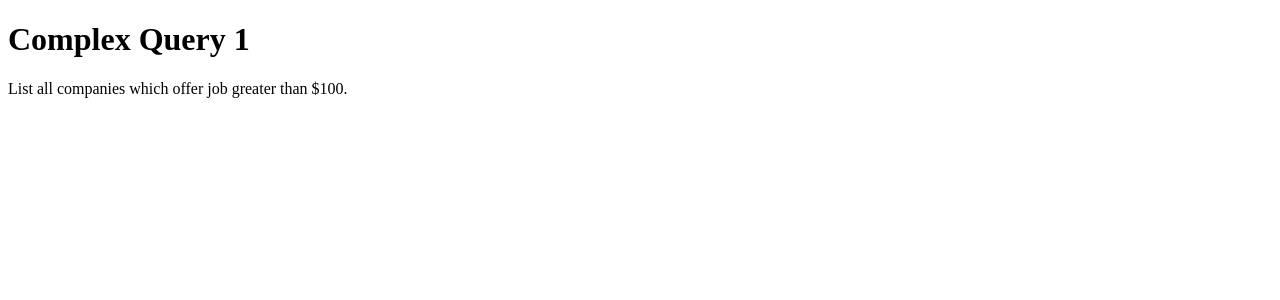
Repository: tanmaysarin/csjobdatabase
Page: http://localhost/CS480Demo/jsps/Queries/CQuery5.jsp
An editor plug-in stored every save of this project. The page is shown before and after the next save, followed by the edit.
The browser window is 1280 px wide. The pictures show the whole page.
The page is served by Tomcat 9. Queries for data that is not in the repository find no rows.

Above is the page before, as saved 2020-08-01 23:50:40.

After the next save:
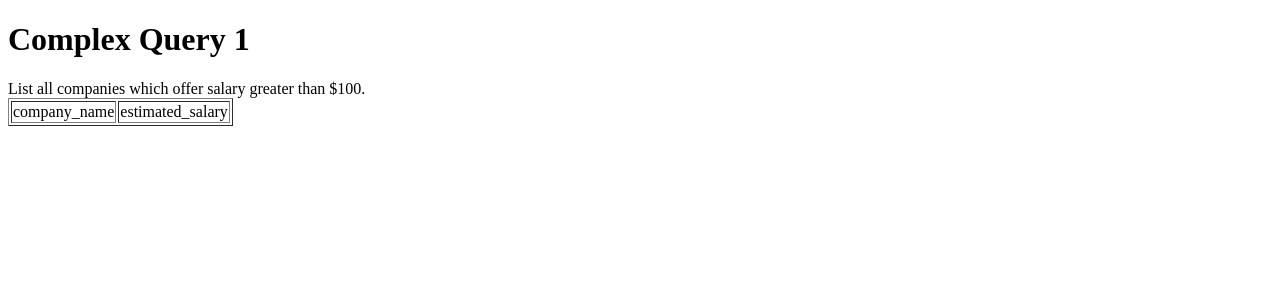
Saved 6 min 29 s later.
--- a/CS480Demo/WebContent/jsps/Queries/CQuery5.jsp
+++ b/CS480Demo/WebContent/jsps/Queries/CQuery5.jsp
@@ -35,9 +35,18 @@ ResultSet resultSet = null;
 <body>
 	<h1>Complex Query 1</h1>
 
-	List all companies which offer job greater than $100.
+	List all companies which offer salary greater than $100.
 
-	<%
+
+<table border="1">
+<tr>
+
+<td>company_name</td>
+<td>estimated_salary</td>
+
+</tr>
+
+<%
 try{
 connection = DriverManager.getConnection(connectionUrl, userid, password);
 statement=connection.createStatement();
@@ -59,5 +68,6 @@ connection.close();
 e.printStackTrace();
 }
 %>
+</table>
 </body>
 </html>
